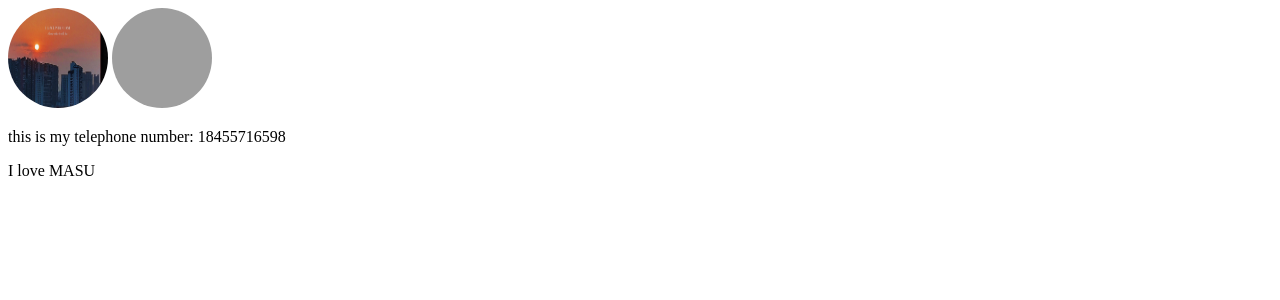
Repository: zyq1120/vscode
Page: HTML/index.html
The author's editor kept a copy of each file at every save. The page is drawn from the files as they stood at one save, then again after the next save.
The browser window is 1280 px wide. The pictures show the whole page.
Pictures or frames that could not be fetched are drawn as grey boxes.

Above is the page before, as saved 2024-09-25 19:50:14.

### HTML/index.html
<!DOCTYPE html>
<!-- 声明 -->
 <html>
    <head>
        <title>docment html</title>
        <style>
            img {
                width: 100px;
                height: 100px;

                border-radius: 50px;
            }
        </style>
    </head>

    <body>
        <img src="/images/sum.png" alt="" srcset="">
        <img src="https://lh3.googleusercontent.com/ogw/AF2bZyg2Dxb7oV6SEQKjImaYWhri5a9T3sRpcx-PC8Lh1EeYWQ=s64-c-mo" alt="" >

        <p>this is my telephone number: 18455716598</p>
        <p>I love MASU</p>
    </body>
 </html>

After the next save:
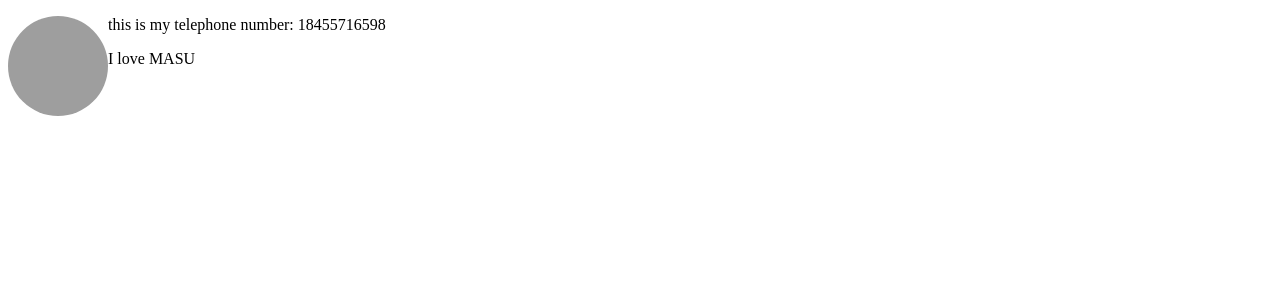
Saved 78 s later.
--- a/HTML/index.html
+++ b/HTML/index.html
@@ -9,12 +9,14 @@
                 height: 100px;
 
                 border-radius: 50px;
+                float: left;
+                margin-right: auto;
             }
         </style>
     </head>
 
     <body>
-        <img src="/images/sum.png" alt="" srcset="">
+        <!-- <img src="/images/sum.png" alt="" srcset=""> -->
         <img src="https://lh3.googleusercontent.com/ogw/AF2bZyg2Dxb7oV6SEQKjImaYWhri5a9T3sRpcx-PC8Lh1EeYWQ=s64-c-mo" alt="" >
 
         <p>this is my telephone number: 18455716598</p>
